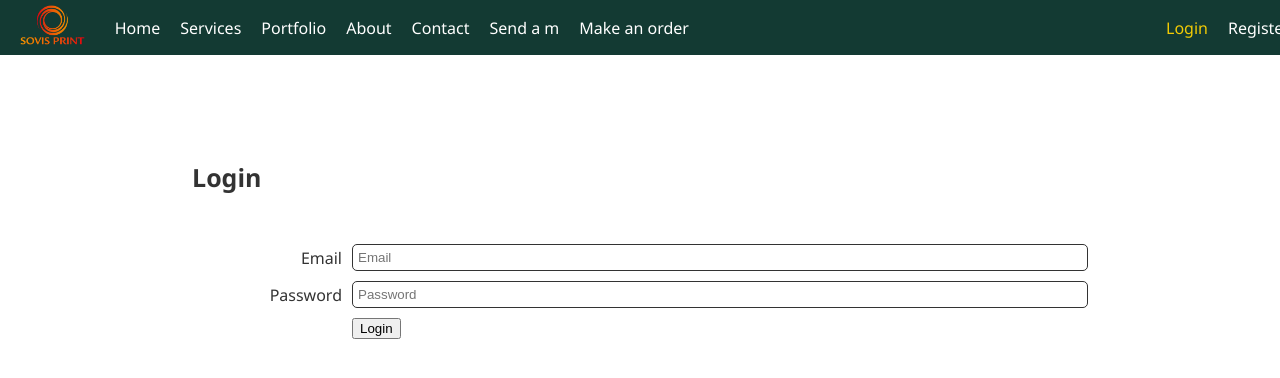
Repository: danichimescu/temafinalareact
Page: /comanda (app in my-app/)
An editor plug-in stored every save of this project. The page is shown before and after the next save, followed by the edit.
The browser window is 1280 px wide. The pictures show the whole page.
The project was rebuilt for these pictures with package versions that can differ from the ones it lists, and the page was loaded fresh each time. Also part of the build but not shown: my-app/vite.config.js, my-app/src/features/Comanda/Comanda.module.css, my-app/src/features/Comanda/Comanda.jsx, my-app/src/features/Mainpage/mainpage.jsx, my-app/src/features/Auth/Register.jsx.

Above is the page before, as saved 2026-01-22 23:12:12.

### my-app/index.html
<!doctype html>
<html lang="en">
  <head>
    <meta charset="UTF-8" />
    <link rel="icon" type="image/svg+xml" href="src/assets/logoSovis.png" />
    <meta name="viewport" content="width=device-width, initial-scale=1.0" />
    <title>SoviPrint - an online printing service</title>
  </head>
  <body>
    <div id="root"></div>
    <script type="module" src="/src/main.jsx"></script>
  </body>
</html>

### my-app/src/main.jsx
import { StrictMode } from 'react';
import { createRoot } from 'react-dom/client';
import { App } from './App.jsx';

createRoot(document.getElementById('root')).render(
  <StrictMode>
    <App />
  </StrictMode>,
)

### my-app/src/App.jsx
import { BrowserRouter, Route, Routes } from 'react-router';
import { ToastContainer } from 'react-toastify';
import { Comanda } from './features/Comanda/Comanda';
import { Mainpage } from './features/Mainpage/mainpage';
import { Login } from './features/Auth/Login';
import { Register } from './features/Auth/Register';
import { Nav } from './components/Nav/Nav';
import { AuthContextProvider } from './features/Auth/AuthContext';

// import { BoardgameList } from './features/Boardgames/BoardgameList';
// import { BoardgameDetails } from './features/Boardgames/BoardgameDetails';
// import { BoardgameAdd } from './features/Boardgames/BoardgameAdd';
// import { BoardgameEdit } from './features/Boardgames/BoardgameEdit';

import { ProtectedRoute } from './components/ProtectedRoute/ProtectedRoute';


import './App.css';
//*element={<h1>Homepage</h1>} */
export function App() {
  return (
    <BrowserRouter>
      <AuthContextProvider>
        <Nav />
        <Routes>
          <Route path="/"
            element={
              <Mainpage />
            }
          />
          <Route
            path="comanda"
            element={
              <ProtectedRoute>
                <Comanda />
              </ProtectedRoute>
            }
          />

          <Route path="login" element={<Login />} />
          <Route path="register" element={<Register />} />
          <Route path="*" element={<h1>404 Not Found</h1>} />
        </Routes>

        <ToastContainer />
      </AuthContextProvider>
    </BrowserRouter>
  );
}

### my-app/src/features/Auth/Login.jsx
import { useEffect, useState } from 'react';
import { toast } from 'react-toastify';
import { email, object, string } from 'zod';
import { useAuthContext } from './AuthContext';
import { useLocation, useNavigate } from 'react-router';
import { validateForm } from '../../utils';

const apiUrl = import.meta.env.VITE_API_URL + '/login';

const loginSchema = object({
  email: email('Please type a valid email address'),
  password: string().min(
    6,
    'Your password needs to be at least 6 characters long'
  ),
});

export function Login() {
  const [formValues, setFormValues] = useState({
    email: '',
    password: '',
  });

  const [errors, setErrors] = useState(null);

  const { user, login } = useAuthContext();
  const navigate = useNavigate();
  const { state } = useLocation();

  useEffect(() => {
    if(user) {
      const from = state?.from || '/';
      navigate(from);
    }
  }, [user, state, navigate])

  function handleInputChange(e) {
    // const newValues = {...formValues};
    // const fieldName = e.target.name;
    // newValues[fieldName] = e.target.value;
    // setFormValues(newValues);

    const newValues = { ...formValues, [e.target.name]: e.target.value };
    if (errors) {
      // daca exista erori in formular doar atunci rulam iar validarea cand se apasa o tasta
      const newErrors = validateForm(newValues, loginSchema);
      if (newErrors) {
        setErrors(newErrors);
      } else {
        setErrors(null);
      }
    }
    setFormValues(newValues);
  }

  async function handleSubmit(e) {
    e.preventDefault();

    const errors = validateForm(formValues, loginSchema);

    if (errors) {
      setErrors(errors);
      return;
    }

    setErrors(null);

    const send2Server = {...formValues};
    delete send2Server.retypePassword;

    const res = await fetch(apiUrl, {
      method: 'POST',
      body: JSON.stringify(send2Server),
      headers: {
        'Content-Type': 'application/json',
      }
    }).then((res) => res.json());

    if(typeof res === 'string') {
      toast.error(res);
      return;
    }

    toast.success('You have been successfully logged in!');
    login(res);
  }

  return (
    <form className="brandForm" noValidate onSubmit={handleSubmit}>
      <h1 className="fullWidth">Login</h1>

      <label htmlFor="email">Email</label>
      <input
        name="email"
        id="email"
        type="email"
        value={formValues.email}
        onChange={handleInputChange}
        placeholder="Email"
      />
      {errors?.email && (
        <p className="errorMessage secondColumn">{errors.email}</p>
      )}

      <label htmlFor="password">Password</label>
      <input
        name="password"
        id="password"
        type="password"
        value={formValues.password}
        onChange={handleInputChange}
        placeholder="Password"
      />
      {errors?.password && (
        <p className="errorMessage secondColumn">{errors.password}</p>
      )}

      <button type="submit" className="secondColumn autoWidth">
        Login
      </button>
    </form>
  );
}

### my-app/src/components/Nav/Nav.jsx
import { Link } from 'react-router';
import { BrandNavLink } from './BrandNavLink';
import { useAuthContext } from '../../features/Auth/AuthContext';
import { HashLink } from 'react-router-hash-link';

import styles from './Nav.module.css';

export function Nav() {
  const { user, logout } = useAuthContext();

  return (
    <nav className={styles.nav} aria-label="main menu">
      <Link to="/">
        <img
          src="src/assets/logoSovis.png" //"../../assets/logoSovis.png"
          alt="Sovis Print logo"
          height="40"
        />
      </Link>

      <menu className={styles.mainMenu}>
        <li>
          { //<BrandNavLink to="/">Home</BrandNavLink>
          }
          <HashLink to="/#home" smooth className={styles.navLink}>
            Home
          </HashLink>
        </li>
        <li>
          <HashLink to="/#services" smooth className={styles.navLink}>
            Services
          </HashLink>
        </li>
        <li>
          <HashLink to="/#portfolio" smooth className={styles.navLink}>
            Portfolio
          </HashLink>
        </li>
        <li>
          <HashLink to="/#about" smooth className={styles.navLink}>
            About
          </HashLink>
        </li>
        <li>
          <HashLink to="/#contact" smooth className={styles.navLink}>
            Contact
          </HashLink>
        </li>
                <li>
          <HashLink to="/#sendamessage" smooth className={styles.navLink}>
            Send a m
          </HashLink>
        </li>

        <li>
          <BrandNavLink to="/comanda">Make an order</BrandNavLink>
        </li>


        {!user && (
          <>
            <li className={styles.pushRight}>
              <BrandNavLink className={styles.special} to="/login">Login</BrandNavLink>
            </li>
            <li>
              <BrandNavLink to="/register">Register</BrandNavLink>
            </li>
          </>
        )}

        {user && (
          <li className={styles.pushRight}>
            Welcome, {user.firstName}!
            <a href="/" onClick={(e) => {
              e.preventDefault();
              logout();
            }}>Logout</a>
          </li>
        )}
      </menu>
    </nav>
  );
}

### my-app/src/features/Auth/AuthContext.jsx
import { createContext, useContext, useState } from 'react';

const AuthContext = createContext(null);

const initialContextValue = {
  accessToken: null,
  user: null,
};

const storageKey = 'auth';

export function AuthContextProvider({ children }) {
  const [auth, setAuth] = useState(() => {
    const fromStorage = localStorage.getItem(storageKey);

    if(fromStorage) {
      return JSON.parse(fromStorage);
    }

    return initialContextValue;
  });

  function login(auth) {
    localStorage.setItem(storageKey, JSON.stringify(auth))
    setAuth(auth);
  }

  function logout() {
    localStorage.removeItem(storageKey);
    setAuth(initialContextValue);
  }

  return <AuthContext value={{ ...auth, login, logout }}>{children}</AuthContext>;
}

export function useAuthContext() {
  const ctx = useContext(AuthContext);

  if(!ctx) {
    throw new Error('The useAuthContext hook needs to be used in a descendant of the AuthContextProvider component!');
  }

  return ctx;
}

### my-app/src/components/ProtectedRoute/ProtectedRoute.jsx
import { Navigate, useLocation } from 'react-router';
import { useAuthContext } from '../../features/Auth/AuthContext';

export function ProtectedRoute({ children }) {
  const { user } = useAuthContext();

  const { pathname } = useLocation();

  // const navigate = useNavigate();
  // useEffect(() => {
  //   if (!user) {
  //     navigate('/login', { state: { from: pathname } });
  //   }
  // }, [user, navigate]);

  if(!user) {
    return <Navigate to="/login" state={{from: pathname}} />;
  }

  return children;
}

### my-app/src/App.css
:root {
  --brand-gray: #333;
  --text-color: var(--brand-gray);
  --text-on-dark-color: #fff;
  --primary-color: #267365;
  --primary-dark-color: color-mix(in srgb, var(--primary-color) 50%, #000);
  --primary-light-color: color-mix(in srgb, var(--primary-color) 50%, #fff);
  --secondary-color: #F2CB05;

  --highlight-color: #F23030;
  --highlight-light-color: #F28705;
  --highlight-lighter-color: #F29F05;


  --orange: #FF6B00;
  --dark-orange: #E55D00;
  --light-gray: #f4f4f4;
  --dark-gray: #333;
  --white: #ffffff;
  /* --section-padding: 100px 20px; */
    --section-padding: 100px 0px;
  --content-max-width: 1200px;
  --border-radius: 0px;
  --transition-speed: 0.3s;


}

html {
  color: var(--text-color);
  font-family: 'Segoe UI', Tahoma, Geneva, Verdana, sans-serif;
  font-size: 62.5%;
  scroll-behavior: smooth;
}

body {
  margin: 0;
  padding: 0;
  /* box-sizing: border-box;*/

  font-size: 1.6rem;
}


:link {
  color: var(--primary-color);

  &:hover,
  &:active {
    color: var(--primary-light-color);
  }
}

:visited {
  color: var(--primary-dark-color);
}

.hidden {
  display: none !important;
}

.brandForm {
  display: grid;
  gap: 1rem;
  grid-template-columns: 150px 1fr;

  width: 70vw;
  margin: 0 auto;
  padding: var(--section-padding);

  &>label {
    justify-self: end;
    align-self: center;
  }

  & input:not([type=checkbox], [type=radio], [type=color], [type=range]) {
    padding: .5rem;

    border: 1px solid var(--text-color);
    border-radius: 5px;
  }

  & .errorMessage {
    color: var(--highlight-color);
    margin-top: 0;
  }
}

.fullWidth {
  grid-column: 1 / -1;
}

.secondColumn {
  grid-column-start: 2;
}

.autoWidth {
  justify-self: start;
}
/* /added */

/*Toastify CSS Overrides */
.Toastify {
  position: fixed;
  z-index: 9999;
}
section {
    min-height: calc(100vh - 200px);
    width: 100%;
    background-size: cover;
    background-position: center;
    background-repeat: no-repeat;
    color: var(--white);
    padding: var(--section-padding);
    text-align: center;
}
/* Section Titles */
section h1,
section h2 {
    font-size: 2.5rem;
    margin-bottom: 40px;
}

h1 {
    font-size: 2.5rem;
    margin-top: 60px;
    /* padding-top: 55px; */
    margin-bottom: 40px;
}

/*
  CSS Selector Specificity:

  *      -> 0
  Element (body, div, article, html), ::pseudo-element (::after, ::selection) -> 1
  .class, :pseudo-class (:hover, :active), [attr] -> 10
  #id    -> 100

  .mainMenu a:hover -> 21

  id | class | element
  1       0       0

  0     10      0

  0.10.0
  .
  .
  0.255.0
  1.0.0
*/

### my-app/src/features/Mainpage/mainpage.module.css


nav {
    position: fixed;
    top: 0;
    width: 100%;
    background: rgba(0, 0, 0, 0.8);
    backdrop-filter: blur(10px);
    padding: 1rem 2rem;
    z-index: 1000;
}

.nav-container {
    max-width: 1200px;
    margin: 0 auto;
    display: flex;
    justify-content: space-between;
    align-items: center;
    animation-name: fadeInDown;
    animation-duration: 1s;
}

.mylogo {
    color: rgb(234, 133, 18);
    font-size: 1.5rem;
    font-weight: bold;
}

.nav-lista {
    display: flex;
    gap: 2rem;
    list-style: none;
}

.nav-lista a {
    color: white;
    text-decoration: none;
    font-size: 1rem;
    transition: color 0.3s ease;
}

.nav-lista a:hover {
    color: #ff8c00;
}
/* End of Navigation Styles */




/* Section Titles */
section h1,
section h2 {
    font-size: 2.5rem;
    margin-bottom: 40px;
}

/* Section Background Images */

.services-section { background-image: url('src/assets/section2.jpg'); }
.portfolio-section { background-image: url('src/assets/section3.jpg'); padding: 60px 20px; }
.order-section { background-image: url('src/assets/section4.jpg'); }
.contact-section { background-image: url('src/assets/section5.jpg'); }
.message-section { background-image: url('src/assets/section6b.jpg'); }
.about-section { background-image: url('src/assets/section6.jpg'); }



/* ========================================
   Home Section (with video)
   ======================================== */
.home_class {
    height: 100vh;
    display: flex;
    flex-direction: column;
    justify-content: center;
    align-items: center;
    position: relative;
    padding: 0;
}

.video-container-back {
    position: absolute;
    top: 0;
    left: 0;
    right: 0;
    width: 100%;
    height: 100%;
    overflow: hidden;
    z-index: -2;
}

.myVideo {
    position: absolute;
    top: 50%;
    left: 50%;
    min-width: 100%;
    min-height: 100%;
    width: auto;
    height: auto;
    transform: translate(-50%, -50%);
    object-fit: cover;
}

.video-overlay {
    position: absolute;
    top: 0;
    left: 0;
    width: 100%;
    height: 100%;
    background: rgba(0, 0, 0, 0.356);
}

.home_content {
    position: relative;
    z-index: 200;
    max-width: 600px;
    color: var(--white);
    display: flex;
    flex-direction: column;
    justify-content: flex-end;
    animation: fadeInUp 1s ease;
}

.home_content h1 {
    font-size: 4rem;
    margin-bottom: 1.5rem;
    text-shadow: 2px 2px 10px rgba(0, 0, 0, 0.7);
    line-height: 1.2;
}

.home_content p {
    font-size: 1.3rem;
    line-height: 1.8;
    margin-bottom: 2rem;
    text-shadow: 1px 1px 5px rgba(0, 0, 0, 0.7);
    opacity: 0.95;
}

/* ========================================
   Services Section
   ======================================== */
/* #services {
    height: 100vh;
    display: flex;
    flex-direction: column;
    justify-content: center;
    align-items: center;
} */

/* .services_content {
    margin-bottom: 1px;
} */

.services-grid {
    display: grid;
    grid-template-columns: repeat(3, 1fr);
    gap: 30px;
    max-width: var(--content-max-width);
    margin: 0 auto;
    text-align: left;
    animation: fadeInUp 1s ease;
}

.service {
    background: rgb(252, 236, 220);
    fill-opacity: 80%;
    padding: 20px;
    border-radius: 8px;
    box-shadow: 0 4px 12px rgba(0, 0, 0, 0.1);
    text-align: left;
    transition: transform 0.8s;
}

.service h3 {
    margin-bottom: 10px;
    font-size: 2rem;
    color: #222;
}

.service p {
    color: #555;
    line-height: 1.5;
    font-size: 1.5rem;
}

/* ========================================
   Portfolio / Gallery Section
   ======================================== */
.portfolio_content {
    min-height: 80vh;
    display: flex;
    justify-content: center;
    align-items: center;
    padding: 10px;
}

.gallery-container {
    border-radius: 20px;
    box-shadow: 0 20px 60px rgba(0, 0, 0, 0.3);
    max-width: 900px;
    width: 100%;
    overflow: hidden;
}

.gallery-header {
    padding: 20px;
    text-align: center;
}

.gallery-header h1 {
    font-size: 2em;
    margin-bottom: 5px;
}

.image-counter {
    font-size: 0.9em;
    opacity: 0.9;
}

.image-display {
    position: relative;
    height: 400px;
    display: flex;
    justify-content: center;
    align-items: center;
    overflow: hidden;
}

.image-display img {
    max-width: 100%;
    max-height: 100%;
    object-fit: contain;
    display: block;
}

.loading-message {
    color: #666;
    font-size: 1.2em;
}

.controls {
    display: flex;
    justify-content: space-between;
    align-items: center;
    padding: 20px;
}

.nav-button {
    background: linear-gradient(135deg, #eac066 0%, #e9b3aa 100%);
    border: none;
    padding: 12px 30px;
    font-size: 1em;
    border-radius: 25px;
    cursor: pointer;
    transition: all var(--transition-speed) ease;
    font-weight: bold;
    box-shadow: 0 4px 15px rgba(102, 126, 234, 0.4);
}

.nav-button:hover:not(:disabled) {
    transform: translateY(-2px);
    box-shadow: 0 6px 20px rgba(102, 126, 234, 0.6);
}

.nav-button:active:not(:disabled) {
    transform: translateY(0);
}

.nav-button:disabled {
    background: #ccc;
    cursor: not-allowed;
    box-shadow: none;
}

.thumbnail-strip {
    display: flex;
    gap: 10px;
    padding: 10px;
    overflow-x: auto;
    border-top: 1px solid #eee;
}

.thumbnail {
    min-width: 60px;
    height: 60px;
    border-radius: 8px;
    overflow: hidden;
    cursor: pointer;
    border: 3px solid transparent;
    transition: all var(--transition-speed) ease;
}

.thumbnail:hover {
    transform: scale(1.05);
}

.thumbnail.active {
    border-color: #667eea;
    box-shadow: 0 4px 12px rgba(102, 126, 234, 0.4);
}

.thumbnail img {
    width: 100%;
    height: 100%;
    object-fit: cover;
}

.error-message {
    color: #d32f2f;
    text-align: center;
    padding: 20px;
}

.shortcuts {
    text-align: center;
    padding: 10px;
    font-size: 0.85em;
    color: var(--white);
}

/* ========================================
   Order Section
   ======================================== */
.order h2 {
    font-size: 42px;
    color: wheat;
}

.order-form {
    max-width: 600px;
    margin: 0 auto;
    background: rgba(255, 255, 255, 0.588);
    padding: 40px;
    border-radius: var(--border-radius);
    box-shadow: 0 5px 20px rgba(0, 0, 0, 0.1);
}

.form-group {
    margin-bottom: 25px;
}

.form-group label {
    display: block;
    margin-bottom: 8px;
    color: var(--dark-gray);
    font-weight: 500;
}

.form-group select,
.form-group input {
    width: 100%;
    padding: 12px;
    border: 2px solid #ddd;
    border-radius: 5px;
    font-size: 16px;
    transition: border-color var(--transition-speed);
}

.form-group select:focus,
.form-group input:focus {
    outline: none;
    border-color: var(--orange);
}

.price-result {
    background: var(--orange);
    color: var(--white);
    padding: 20px;
    border-radius: 5px;
    text-align: center;
    font-size: 24px;
    font-weight: bold;
    margin-top: 20px;
    margin-bottom: 20px;
    display: none;
}

.calculate-btn {
    width: 100%;
    padding: 15px;
    background: var(--orange);
    border: none;
    border-radius: 5px;
    font-size: 18px;
    cursor: pointer;
    transition: background var(--transition-speed);
}

.calculate-btn:hover {
    background: var(--dark-orange);
}

/* ========================================
   Two-Column Layout (Contact & About)
   ======================================== */

.gallery-container {
    border-radius: 20px;
    box-shadow: 0 20px 60px rgba(0, 0, 0, 0.3);
    max-width: 900px;
    width: 100%;
    overflow: hidden;
}

/* Section Wrapper - used for Contact & About */
.section-wrapper {
    min-height: 80vh;
    display: flex;
    flex-direction: column;
    justify-content: center;
    align-items: center;
    padding: 40px 20px;
    max-width: 1200px;
    margin: 0 auto;
}

/* Section Title - centered above two columns */
.section-title {
    text-align: center;
    font-size: 2.5rem;
    margin-bottom: 40px;
    color: var(--white);
}

/* Two Column Container */
.two-column {
    display: flex;
    gap: 40px;
    width: 100%;
    max-width: 1200px;
}

/* One Column Container */
.one-column {
    width: 85%;
    max-width: 1200px;
    margin: 0 auto;
    padding: 40px;
    background: rgb(252, 236, 220, 0.80);
    border-radius: var(--border-radius);
    text-align: center;
    border-radius: 20px;
}

.one-column h3 {
    color: var(--orange);
    margin-bottom: 20px;
    font-size: 1.8rem;
}

.one-column p {
    margin-bottom: 15px;
    font-size: 1.5rem;
    color: rgb(0, 0, 0);
    line-height: 1.6;
}

.one-column input,
.one-column textarea {
    width: 100%;
    padding: 15px;
    margin-bottom: 20px;
    border: 2px solid #ddd;
    border-radius: 5px;
    background: rgba(255, 255, 255, 0.9);
    color: rgb(0, 0, 0);
    font-size: 1.5rem;
}

.one-column input:focus,
.one-column textarea:focus {
    outline: none;
    border-color: var(--orange);
}

.one-column input::placeholder,
.one-column textarea::placeholder {
    color: rgba(0, 0, 0, 0.5);
}

.one-column textarea {
    height: 150px;
    resize: vertical;
}

/* Left Column */
.column-left {
    flex: 1;
    padding: 30px;
    border-radius: var(--border-radius);
    background: rgba(194, 193, 193, 0.749);
}

.column-left h3 {
    color: var(--orange);
    margin-bottom: 20px;
}

.column-left p {
    margin-bottom: 15px;
    font-size: 1rem;
    color: rgb(0, 0, 0);
}

/* Right Column */
.column-right {
    flex: 1;
    padding: 30px;
    border-radius: var(--border-radius);
    background: rgba(116, 116, 116, 0.749);
}

.column-right p {
    font-size: 1.5rem;
    line-height: 1.8;
    color: var(--white);
    margin-bottom: 20px;
}

/* About Section - Left column as team image */
.about-section .column-left {
    background-image: url('src/assets/images/team1.jpg');
    background-size: cover;
    background-position: center;
    background-repeat: no-repeat;
    display: flex;
    align-items: center;
    justify-content: center;
    color: var(--white);
    font-size: 2rem;
    min-height: 300px;
}

/* About Section - Right column text */
.about-section .column-right {
    background-color: antiquewhite;
}

.about-section .column-right p {
    color: var(--dark-gray);
}

.map-container {
    width: 100%;
    height: 300px;
    border-radius: var(--border-radius);
    overflow: hidden;
    margin-top: 20px;
}

.column-right input,
.column-right textarea {
    width: 100%;
    padding: 12px;
    margin-bottom: 20px;
    border: 2px solid rgba(255, 255, 255, 0.2);
    border-radius: 5px;
    background: rgba(255, 255, 255, 0.1);
    color: rgb(0, 0, 0);
    font-size: 1rem;
}

.column-right input::placeholder,
.column-right textarea::placeholder {
    color: rgba(0, 0, 0, 0.6);
}

.column-right textarea {
    height: 150px;
    resize: vertical;
}

.submit-btn {
    width: 100%;
    padding: 15px;
    background: var(--orange);
    color: rgb(0, 0, 0);
    border: none;
    border-radius: 5px;
    font-size: 1rem;
    cursor: pointer;
    transition: background var(--transition-speed);
}

.submit-btn:hover {
    background: var(--dark-orange);
}

/* ========================================
   Utility Classes
   ======================================== */
.hidden {
    display: none;
}

/* ========================================
   Animations
   ======================================== */
@keyframes fadeInDown {
    from {
        opacity: 0;
        translate: 0px -20px;
    }
    to {
        opacity: 1;
        translate: 0px 0px;
    }
}

@keyframes fadeInUp {
    from {
        opacity: 0;
        transform: translateY(40px);
    }
    to {
        opacity: 1;
        transform: translateY(0);
    }
}

/* ========================================
   Responsive Design
   ======================================== */
@media (max-width: 900px) {
    .services-grid {
        grid-template-columns: repeat(2, 1fr);
    }

    .two-column {
        flex-direction: column;
    }

    .column-left,
    .column-right {
        min-height: 300px;
    }
}

@media (max-width: 768px) {
    .home_content h1 {
        font-size: 2.5rem;
    }

    .home_content p {
        font-size: 1.1rem;
    }

    .nav-lista {
        gap: 1rem;
    }

    .nav-lista a {
        font-size: 0.9rem;
    }

    section h1,
    section h2 {
        font-size: 2rem;
    }
}

@media (max-width: 600px) {
    .services-grid {
        grid-template-columns: 1fr;
    }

    .nav-lista {
        gap: 0.5rem;
        flex-wrap: wrap;
        justify-content: center;
    }
}
/* ========================================
   End of File
   ======================================== */

### my-app/src/components/Nav/BrandNavLink.jsx
import { NavLink } from 'react-router';
import clsx from 'clsx';

import styles from './Nav.module.css';

export function BrandNavLink(props) {
  const receivedCls = props.className;
  return (
     <NavLink
        {...props}
        className={({ isActive }) => clsx(receivedCls,  {[styles.active]: isActive})}
      />
  )
}

### my-app/src/components/Nav/Nav.module.css
.nav {
  position: fixed;
  top: 0;
  left: 0;
  width: 100%;
  z-index: 1000;

  display: flex;
  gap: 2rem;
  align-items: center;
  padding: 0.5rem 2rem;

  background: var(--primary-dark-color);
  color: var(--text-on-dark-color);
}

.mainMenu {
  display: flex;
  flex-grow: 1;

  margin: 0;
  padding: 0;
  padding-inline-start: 0;

  list-style: none;

  /* CSS nesting */
  & a {
    /* .mainMenu a { } */
    display: inline-block;
    padding: 1rem;

    color: inherit;
    text-decoration: none;

    &:hover {
      /* .mainMenu a:hover { } */
      text-decoration: underline;
    }

    &.special {
      color: red;
    }

    &.active {
      color: var(--secondary-color);
    }

  }
}

.pushRight {
  margin-left: auto;
}

Loaded but not shown: my-app/src/utils.js (73 lines, source omitted)

After the next save:
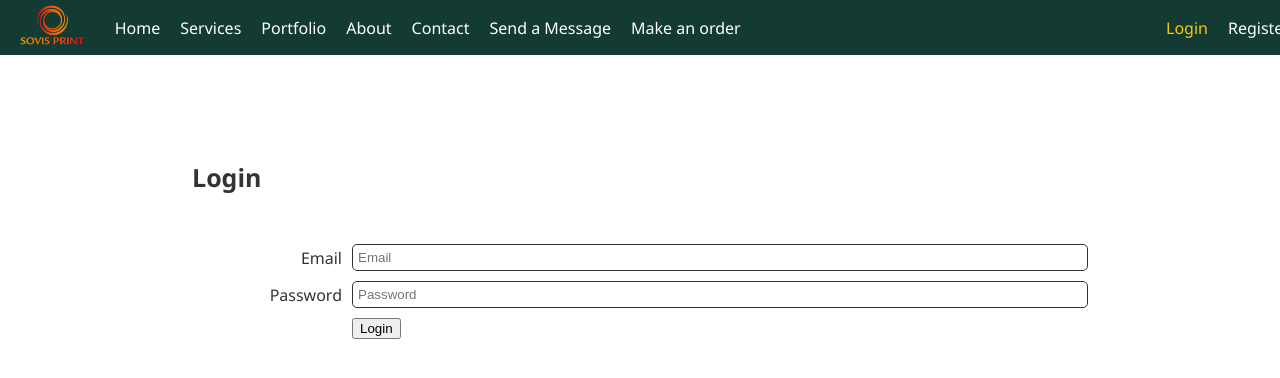
Saved 3 s later.
--- a/my-app/src/components/Nav/Nav.jsx
+++ b/my-app/src/components/Nav/Nav.jsx
@@ -48,7 +48,7 @@ export function Nav() {
         </li>
                 <li>
           <HashLink to="/#sendamessage" smooth className={styles.navLink}>
-            Send a m
+            Send a Message
           </HashLink>
         </li>
 
